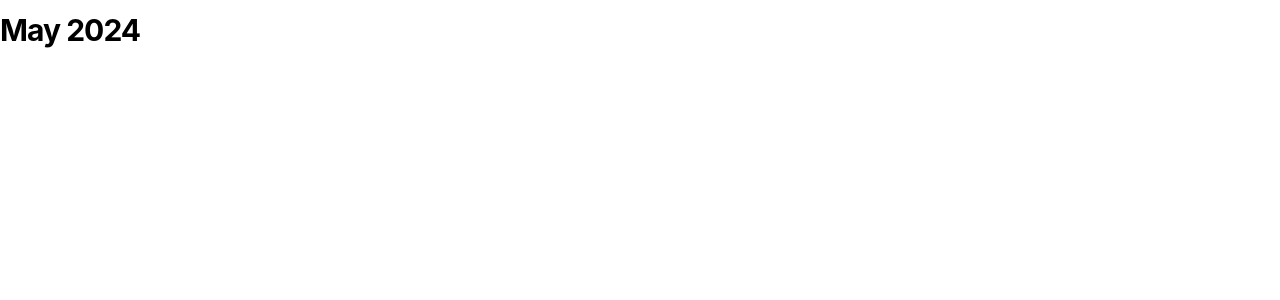
Repository: dung-phan/tweek-copy
Page: /
The author's editor kept a copy of each file at every save. The page is drawn from the files as they stood at one save, then again after the next save.
The browser window is 1280 px wide. The pictures show the whole page.
The project was rebuilt for these pictures with package versions that can differ from the ones it lists, and the page was loaded fresh each time. Also part of the build but not shown: vite.config.ts.

Above is the page before, as saved 2024-05-26 22:29:54.

After the next save:
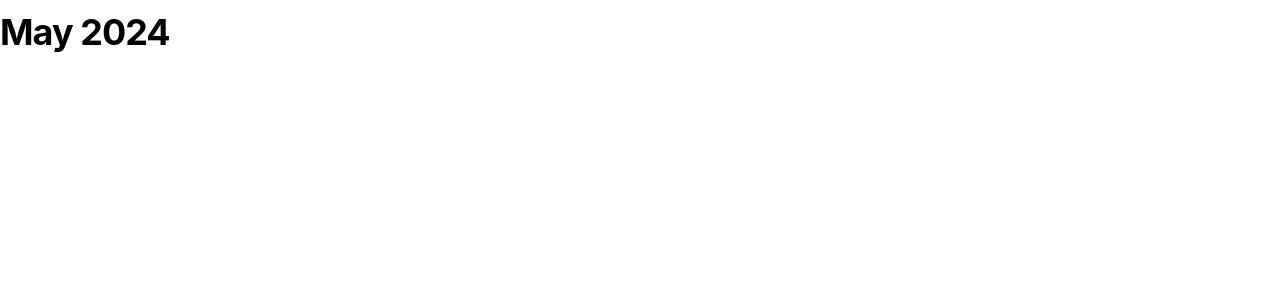
Saved 23 s later.
--- a/src/components/CurrentDateMonth.vue
+++ b/src/components/CurrentDateMonth.vue
@@ -7,7 +7,7 @@ const headerDate = currentDate.toLocaleDateString('default', {
 </script>
 
 <template>
-  <p class="text-3xl">
+  <p class="text-4xl">
     <b>{{ headerDate }}</b>
   </p>
 </template>
